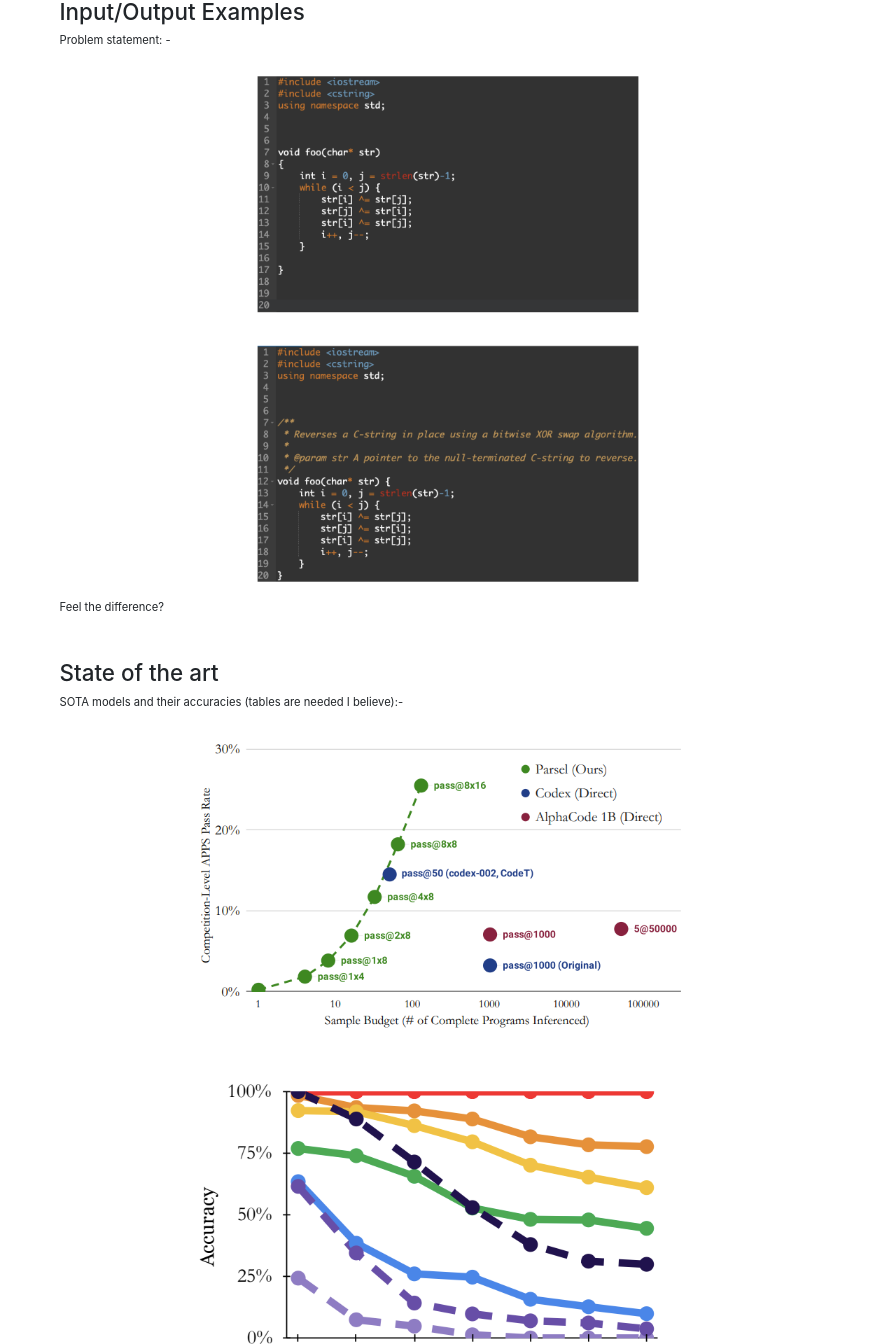
Repository: Shaalan-omar/ConcodePlus
Page: team-specific/index.html
The author's editor kept a copy of each file at every save. The page is drawn from the files as they stood at one save, then again after the next save.
The browser window is 1280 px wide. The pictures show the part of the page from y = 1870 to 3790 px (the page is 7921 px tall), at 70% of full size.

Above is the page before, as saved 2023-05-12 03:00:21.

After the next save:
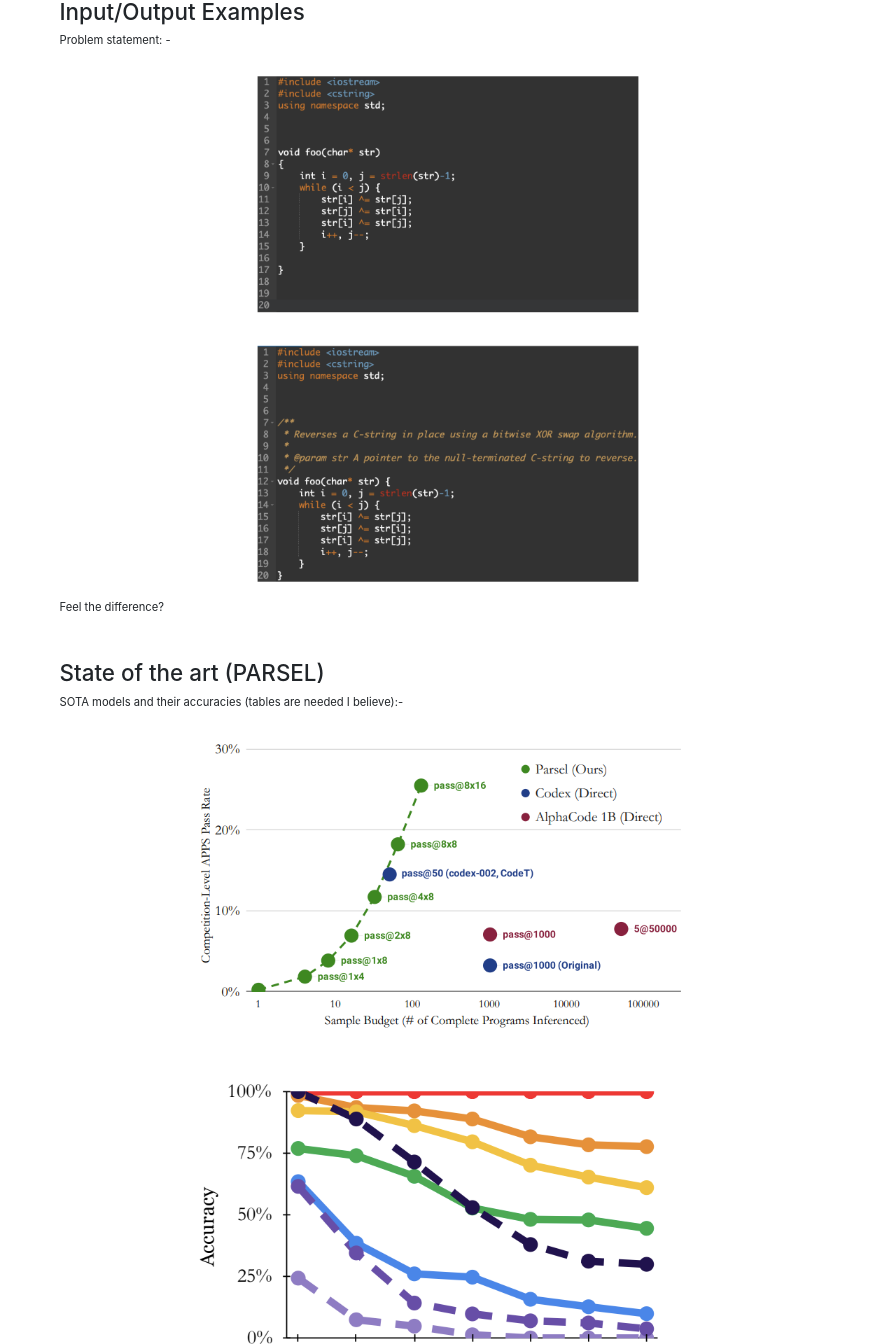
Saved 41 s later.
--- a/team-specific/index.html
+++ b/team-specific/index.html
@@ -127,7 +127,7 @@
    </p>
     <div class="row">
       <div class="col-lg-12 text-left">
-        <h2 class="mt-5">State of the art</h2>
+        <h2 class="mt-5">State of the art (PARSEL)</h2>
 
         <p>
 			SOTA models and their accuracies (tables are needed I believe):-
